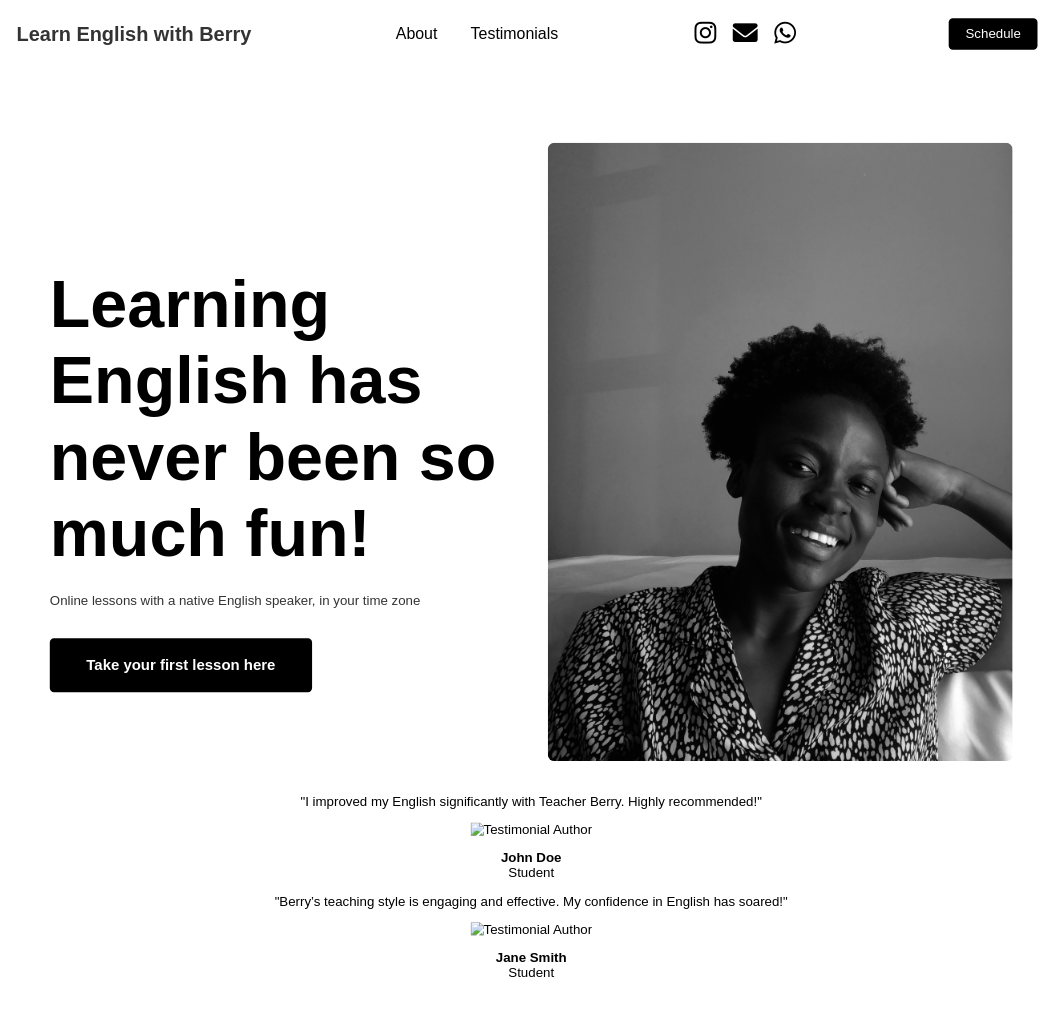
Repository: ntandomagana/esl-landing-page
Page: index.html
The author's editor kept a copy of each file at every save. The page is drawn from the files as they stood at one save, then again after the next save.
The browser window is 1280 px wide. The pictures show the whole page, at 83% of full size.

Above is the page before, as saved 2024-07-17 13:46:40.
Not found: assets/testimonial-avatar.jpg

After the next save:
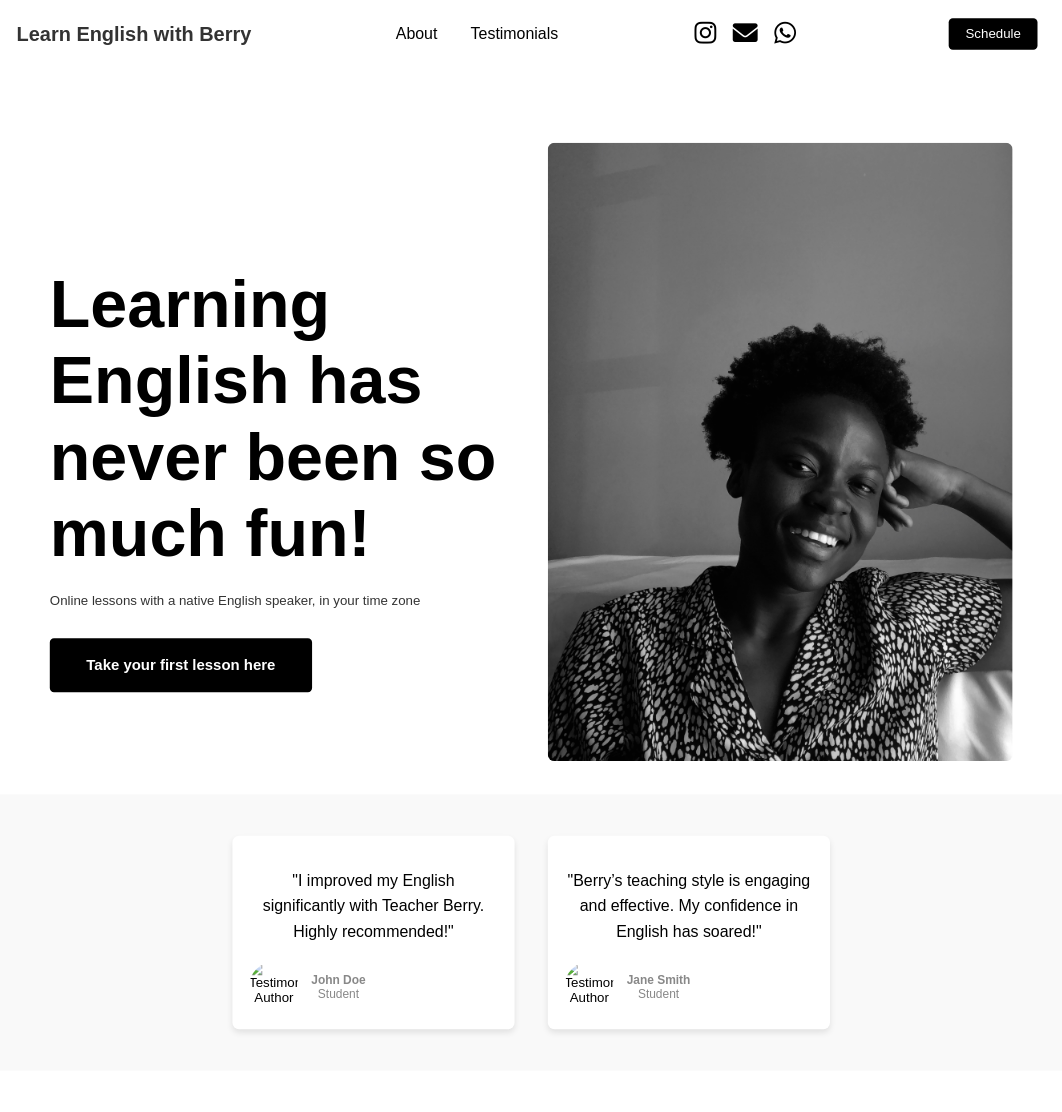
Saved 22 s later.
--- a/index.css
+++ b/index.css
@@ -169,3 +169,55 @@ nav ul li a:hover {
   margin: 20px;
   padding: 18px 40px;
 }
+
+
+.testimonials-section {
+    padding: 50px 0;
+    text-align: center;
+    background-color: #f9f9f9; /* Light background color */
+}
+
+.testimonials-container {
+    display: flex;
+    justify-content: center; /* Center align items horizontally */
+    flex-wrap: wrap; /* Allow items to wrap to the next line if needed */
+}
+
+.testimonial-item {
+    width: 300px; /* Adjust width as needed */
+    margin: 0 20px; /* Adjust margin between testimonials */
+    padding: 20px;
+    background-color: #fff;
+    border-radius: 8px;
+    box-shadow: 0 4px 8px rgba(0, 0, 0, 0.1); /* Subtle shadow effect */
+}
+
+.testimonial-content {
+    margin-bottom: 20px;
+}
+
+.testimonial-content p {
+    font-size: 1.2rem;
+    line-height: 1.6;
+}
+
+.testimonial-author {
+    display: flex;
+    align-items: center;
+}
+
+.testimonial-author img {
+    width: 60px;
+    height: 60px;
+    border-radius: 50%; /* Rounded avatar */
+    margin-right: 15px;
+}
+
+.testimonial-author p {
+    font-size: 0.9rem;
+    color: #888;
+}
+
+.testimonial-author strong {
+    font-weight: bold;
+}
